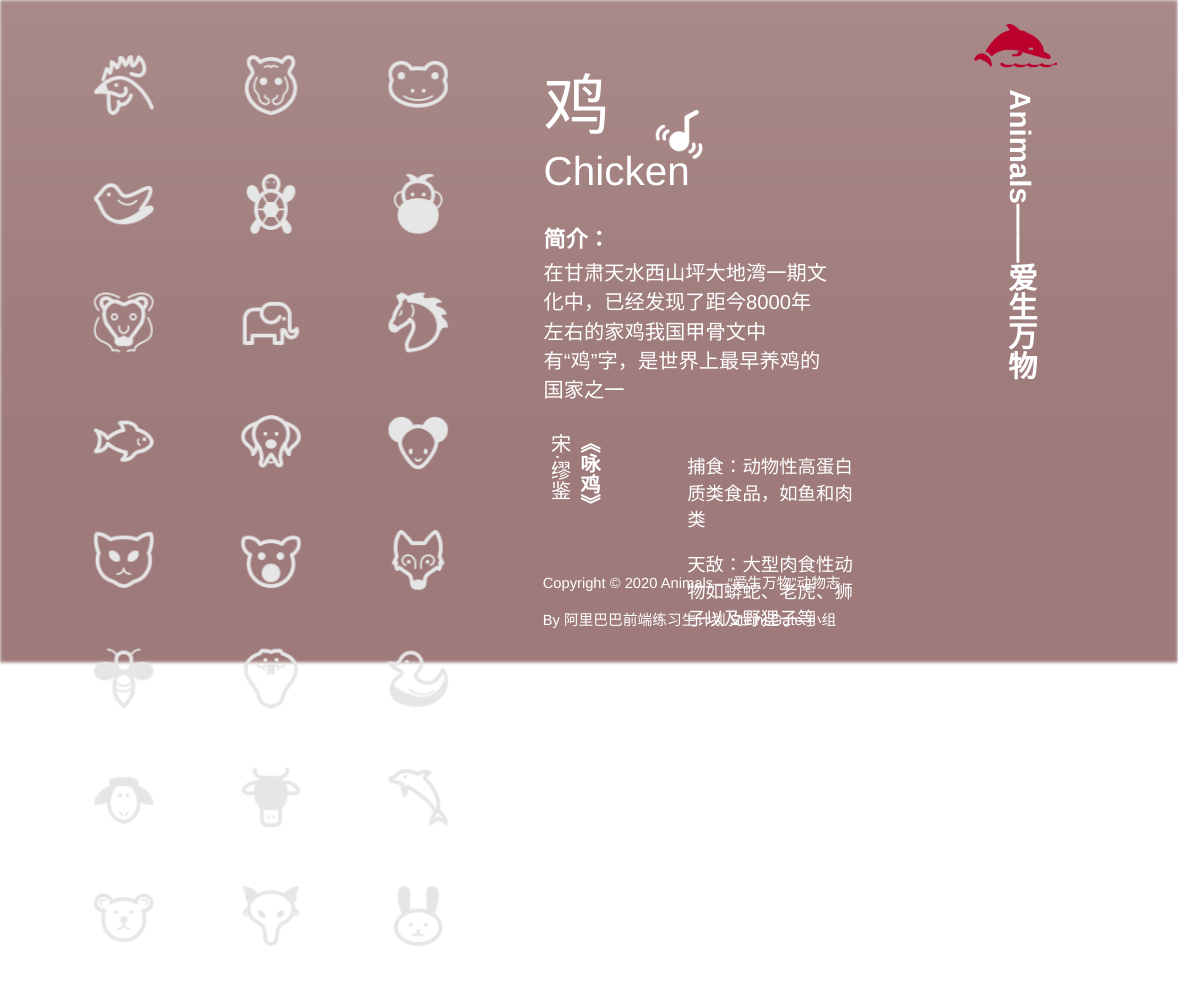
Repository: Whiskeyi/Animals
Page: /
The author's editor kept a copy of each file at every save. The page is drawn from the files as they stood at one save, then again after the next save.
The browser window is 1280 px wide. The pictures show the whole page, at 92% of full size.
The project was rebuilt for these pictures with package versions that can differ from the ones it lists, and the page was loaded fresh each time.

Above is the page before, as saved 2021-11-17 18:02:21.

After the next save:
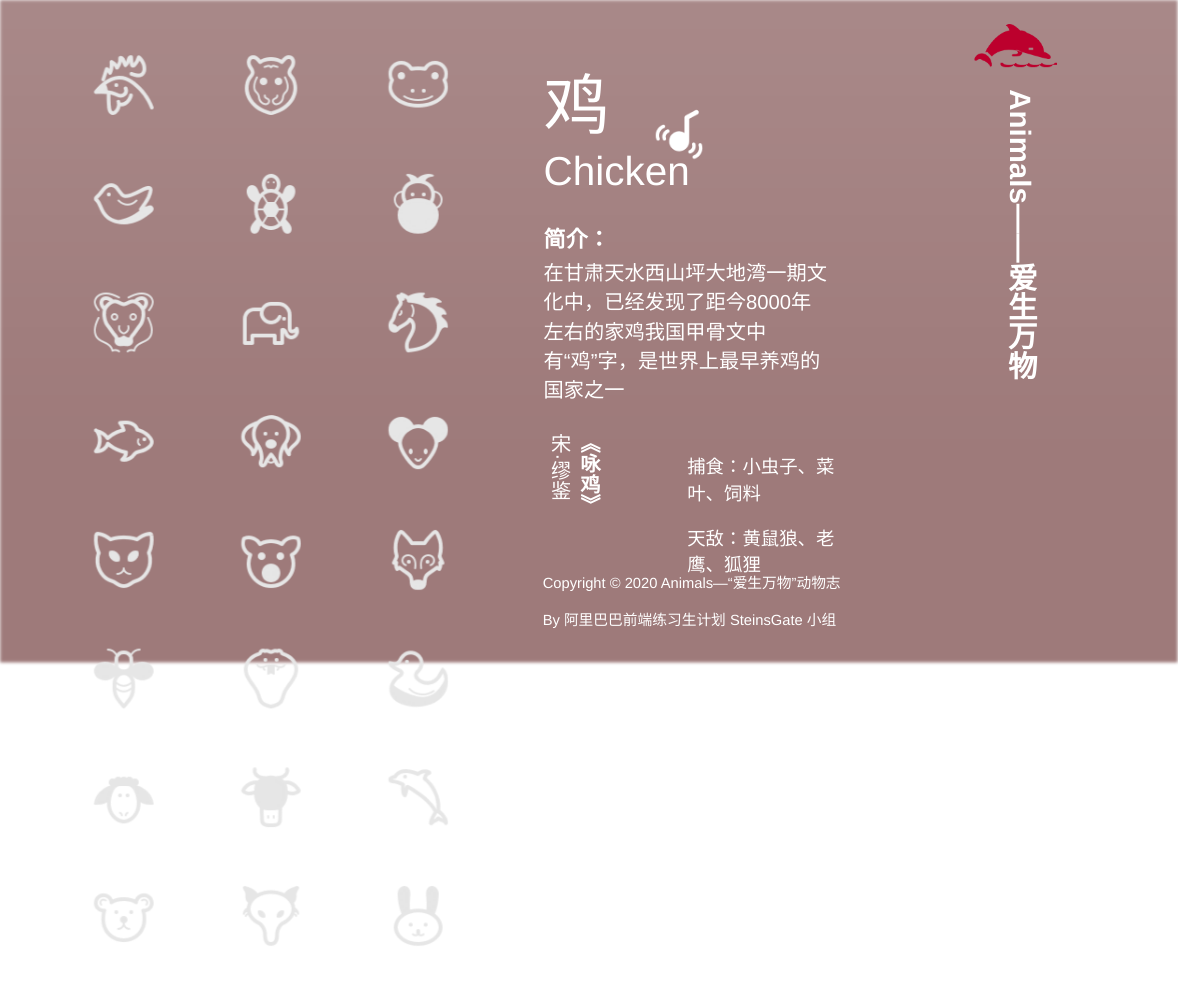
Saved 69 s later.
--- a/src/components/Info/habbit-poem/index.vue
+++ b/src/components/Info/habbit-poem/index.vue
@@ -10,8 +10,8 @@
                 <div id="poemTitle">{{ title }}</div>
             </el-col>
             <el-col class="habContent" :span="10">
-              <p class="foodTitle">捕食：动物性高蛋白质类食品，如鱼和肉类</p>
-              <p class="enemyTitle">天敌：大型肉食性动物如蟒蛇、老虎、狮子以及野狸子等</p>
+              <p class="foodTitle">捕食：{{ food }}</p>
+              <p class="enemyTitle">天敌：{{ enemy }}</p>
             </el-col>
       </el-row>
   </div>
